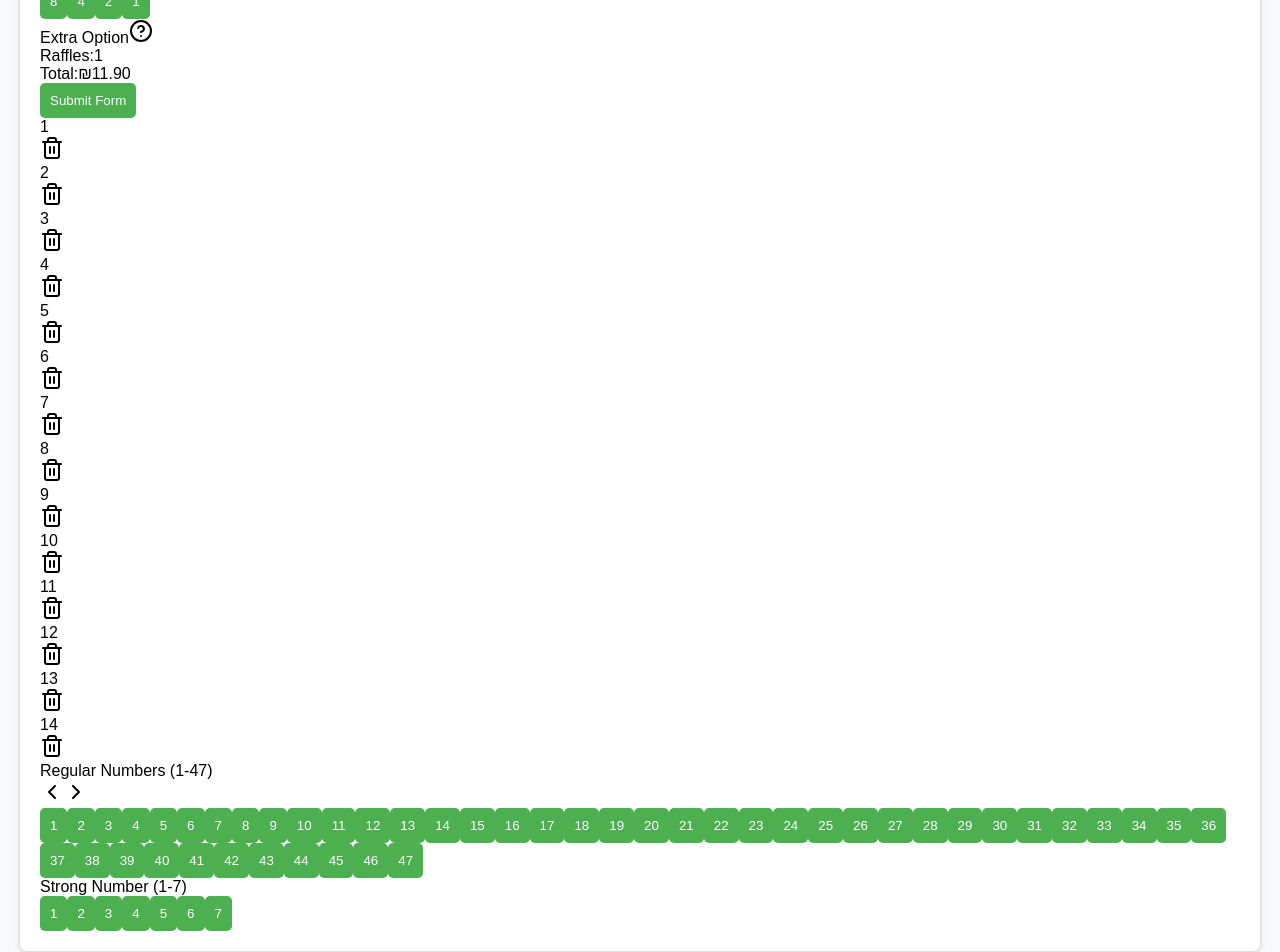
Repository: Giltih/LottoForm1
Page: /
The author's editor kept a copy of each file at every save. The page is drawn from the files as they stood at one save, then again after the next save.
The browser window is 1280 px wide. The pictures show the whole page.
The project was rebuilt for these pictures with package versions that can differ from the ones it lists, and the page was loaded fresh each time. Also part of the build but not shown: vite.config.ts.

Above is the page before, as saved 2025-02-09 20:56:07.

### src/index.css

body {
  font-family: Arial, sans-serif;
  background-color: #f4f4f9;
  margin: 0;
  padding: 0;
}

h1, h2 {
  color: #333;
}

button {
  background-color: #4CAF50;
  color: white;
  border: none;
  border-radius: 5px;
  padding: 10px;
  cursor: pointer;
}

button:hover {
  background-color: #45a049;
}

### src/App.tsx
import React, { useState } from 'react';
import Header from './components/Header';
import LotteryAmountSelector from './components/LotteryAmountSelector';
import ExtraOption from './components/ExtraOption';
import StrongNumberSelector from './components/StrongNumberSelector';
import LottoForm from './components/LottoForm';
import PriceSummary from './components/PriceSummary';
import './App.css';
import LotteryInterface from './components/LottoInterface';

const App: React.FC = () => {
  const tableCount = 2;
  // const [tableCount, setTableCount] = useState(2);
  const [draws, setDraws] = useState(1);
  const [isExtraSelected, setIsExtraSelected] = useState(false);
  const [strongNumber, setStrongNumber] = useState<number>(0);
  const [selectedNumbers, setSelectedNumbers] = useState<number[][]>(
    Array(14).fill([])
  );

  const handleNumberSelect = (tableIndex: number, number: number) => {
    const newSelectedNumbers = [...selectedNumbers];
    const tableNumbers = newSelectedNumbers[tableIndex] || [];

    if (tableNumbers.includes(number)) {
      newSelectedNumbers[tableIndex] = tableNumbers.filter((num) => num !== number);
    } else if (tableNumbers.length < 6) {
      newSelectedNumbers[tableIndex] = [...tableNumbers, number];
    }

    setSelectedNumbers(newSelectedNumbers);
  };

  return (
    <div className="app-container">
      <Header />
      <div className="main-content">
<LotteryInterface />
        {/* <div className="left-section">
          <LotteryAmountSelector selectedDraws={draws} onChange={setDraws} />
          <ExtraOption isSelected={isExtraSelected} onChange={setIsExtraSelected} />
          <StrongNumberSelector selectedStrongNumber={strongNumber} onStrongNumberSelect={setStrongNumber} />
          <PriceSummary tables={tableCount} draws={draws} isExtraSelected={isExtraSelected} />
        </div>
        <div className='middle-section'>vibe</div>
        <div className="right-section">
          <LottoForm
            tableCount={tableCount}
            selectedNumbers={selectedNumbers}
            onNumberSelect={handleNumberSelect}
          />
        </div> */}
      </div>
    </div>
  );
};

export default App;

### src/components/Header.tsx
import React from 'react';

const Header: React.FC = () => {
  return (
    <header style={{ backgroundColor: '#d32f2f', color: '#fff', padding: '10px', textAlign: 'center' }}>
      <h1>לוטו - הגרלה שבועית</h1>
      <p>בשישי עד: <span style={{ fontWeight: 'bold' }}>80,000,000 ₪</span></p>
      <p>זמן לסגירת ההגרלה: 03:45:17</p>
    </header>
  );
};

export default Header;

### src/App.css
body {
  font-family: Arial, sans-serif;
  background-color: #f8f9fa;
  margin: 0;
  padding: 0;
  display: flex;
  justify-content: center;
  align-items: center;
  height: 100vh;
}

.app-container {
  max-width: 1200px;
  width: 100%;
  background-color: #ffffff;
  border: 1px solid #ddd;
  border-radius: 8px;
  padding: 20px;
  box-shadow: 0 4px 6px rgba(0, 0, 0, 0.1);
}

.main-content {
  display: flex;
  justify-content: space-between;
}

.left-section,
.right-section {
  flex: 1;
  margin: 0 10px;
}

button {
  border: none;
  cursor: pointer;
  transition: background-color 0.3s;
}

button:hover {
  background-color: #b3e5fc;
}

.numbersGrid {
  display: 'grid';
  grid-template-columns: 'repeat(9, 1fr)';
  gap: '5px' ;
}

.numbersGrid button {
  padding: 5px;
  margin: 5px;
  background-color: #817a7a;
  min-width:30px;

}

.numbersGrid button.selected {
  background-color: #487184;
}

### src/components/LottoInterface.tsx
import React, { useState } from 'react';
import { Trash2, HelpCircle, ChevronLeft, ChevronRight } from 'lucide-react';

interface LotteryTable {
  regular: (number | null)[];
  strong: number | null;
}

const LotteryInterface: React.FC = () => {
  const [selectedTable, setSelectedTable] = useState<number>(1);
  const [tables, setTables] = useState<LotteryTable[]>(
    Array.from({ length: 14 }, () => ({
      regular: Array(6).fill(null) as (number | null)[],
      strong: null,
    }))
  );
  const [selectedRaffles, setSelectedRaffles] = useState<number>(1);

  const BASE_PRICE = 11.90;

  const calculateTotalPrice = (raffles: number): string => {
    return (BASE_PRICE * raffles).toFixed(2);
  };

  const handleRaffleSelection = (count: number): void => {
    setSelectedRaffles(count);
  };

  const isNumberSelected = (
    tableIndex: number,
    num: number,
    isStrong: boolean = false
  ): boolean => {
    const table = tables[tableIndex];
    if (isStrong) {
      return table.strong === num;
    }
    return table.regular.includes(num);
  };

  const handleNumberSelection = (
    tableIndex: number,
    num: number,
    isStrong: boolean = false
  ): void => {
    if (isNumberSelected(tableIndex, num, isStrong)) {
      return;
    }

    const newTables = [...tables];
    if (isStrong) {
      newTables[tableIndex].strong = num;
    } else {
      const regularNumbers = newTables[tableIndex].regular;
      const firstEmpty = regularNumbers.indexOf(null);
      if (firstEmpty !== -1) {
        regularNumbers[firstEmpty] = num;
      }
    }
    setTables(newTables);
  };

  const clearTableRow = (tableIndex: number): void => {
    const newTables = [...tables];
    newTables[tableIndex] = {
      regular: Array(6).fill(null) as (number | null)[],
      strong: null,
    };
    setTables(newTables);
  };

  const LeftColumn: React.FC = () => (
    <div className="p-4 h-full bg-gradient-to-br from-blue-50 to-blue-100">
      <div className="space-y-4">
        <div className="bg-white p-4 rounded-lg shadow-md">
          <div className="flex justify-between items-center mb-2">
            <span className="font-medium">Number of Raffles</span>
            <HelpCircle className="w-5 h-5 text-blue-500" />
          </div>
          <div className="grid grid-cols-4 gap-2">
            {[8, 4, 2, 1].map((num) => (
              <button
                key={num}
                onClick={() => handleRaffleSelection(num)}
                className={`p-2 rounded-lg shadow-md transition-all ${
                  selectedRaffles === num
                    ? 'bg-gradient-to-r from-blue-600 to-blue-700 text-white'
                    : 'bg-gradient-to-r from-blue-400 to-blue-500 text-white hover:from-blue-500 hover:to-blue-600'
                }`}
              >
                {num}
              </button>
            ))}
          </div>
        </div>

        <div className="bg-white p-4 rounded-lg shadow-md">
          <div className="flex justify-between items-center">
            <span>Extra Option</span>
            <HelpCircle className="w-5 h-5 text-blue-500" />
          </div>
        </div>

        <div className="mt-auto">
          <div className="space-y-2 bg-white p-4 rounded-lg shadow-md">
            <div className="flex justify-between font-medium">
              <span>Raffles:</span>
              <span>{selectedRaffles}</span>
            </div>
            <div className="flex justify-between text-lg font-bold text-blue-700">
              <span>Total:</span>
              <span>₪{calculateTotalPrice(selectedRaffles)}</span>
            </div>
          </div>
          <button className="w-full mt-4 bg-gradient-to-r from-green-500 to-green-600 text-white p-3 rounded-lg shadow-md hover:from-green-600 hover:to-green-700 transition-all font-medium">
            Submit Form
          </button>
        </div>
      </div>
    </div>
  );

  const MiddleColumn: React.FC = () => (
    <div className="p-4 h-full bg-gradient-to-br from-gray-50 to-gray-100">
      <div className="space-y-2">
        {tables.map((table, tableIndex) => (
          <div
            key={tableIndex}
            className={`p-2 rounded-lg cursor-pointer transition-all ${
              selectedTable === tableIndex + 1
                ? 'border-2 border-blue-500 bg-white shadow-lg'
                : 'border border-gray-200 bg-white shadow hover:border-blue-300'
            }`}
            onClick={() => setSelectedTable(tableIndex + 1)}
          >
            <div className="flex items-center space-x-2">
              <span className="w-6 font-medium text-blue-600">
                {tableIndex + 1}
              </span>
              <div className="flex-1 grid grid-cols-7 gap-2">
                {table.regular.map((num, i) => (
                  <div
                    key={i}
                    className="w-8 h-8 border rounded-lg flex items-center justify-center bg-gradient-to-br from-blue-50 to-blue-100 font-medium text-blue-700"
                  >
                    {num}
                  </div>
                ))}
                <div className="w-8 h-8 border rounded-lg flex items-center justify-center bg-gradient-to-br from-yellow-50 to-yellow-100 font-medium text-yellow-700">
                  {table.strong}
                </div>
              </div>
              <Trash2
                className="w-5 h-5 text-gray-400 cursor-pointer hover:text-red-500 transition-colors"
                onClick={(e) => {
                  e.stopPropagation();
                  clearTableRow(tableIndex);
                }}
              />
            </div>
          </div>
        ))}
      </div>
    </div>
  );

  const RightColumn: React.FC = () => {
    const regularNumbers: number[] = Array.from({ length: 47 }, (_, i) => i + 1);
    const strongNumbers: number[] = Array.from({ length: 7 }, (_, i) => i + 1);

    const getNumberButtonClass = (
      number: number,
      isStrong: boolean = false
    ): string => {
      const baseClass =
        'w-8 h-8 text-sm rounded-lg shadow transition-all font-medium ';
      const isSelected = isNumberSelected(selectedTable - 1, number, isStrong);

      if (isStrong) {
        return (
          baseClass +
          (isSelected
            ? 'bg-yellow-500 text-white cursor-not-allowed'
            : 'bg-gradient-to-br from-yellow-50 to-yellow-100 hover:from-yellow-100 hover:to-yellow-200 text-yellow-700')
        );
      }

      return (
        baseClass +
        (isSelected
          ? 'bg-blue-500 text-white cursor-not-allowed'
          : 'bg-gradient-to-br from-blue-50 to-blue-100 hover:from-blue-100 hover:to-blue-200 text-blue-700')
      );
    };

    return (
      <div className="p-4 h-full bg-gradient-to-br from-gray-50 to-gray-100">
        <div className="space-y-4">
          <div className="flex justify-between items-center">
            <span className="font-medium text-blue-700">
              Regular Numbers (1-47)
            </span>
            <div className="flex space-x-2">
              <ChevronLeft className="w-5 h-5 text-blue-500" />
              <ChevronRight className="w-5 h-5 text-blue-500" />
            </div>
          </div>

          <div className="grid grid-cols-7 gap-2">
            {regularNumbers.map((num) => (
              <button
                key={num}
                className={getNumberButtonClass(num)}
                onClick={() => handleNumberSelection(selectedTable - 1, num)}
                disabled={isNumberSelected(selectedTable - 1, num)}
              >
                {num}
              </button>
            ))}
          </div>

          <div className="mt-8">
            <span className="font-medium text-yellow-700">
              Strong Number (1-7)
            </span>
            <div className="grid grid-cols-7 gap-2 mt-2">
              {strongNumbers.map((num) => (
                <button
                  key={num}
                  className={getNumberButtonClass(num, true)}
                  onClick={() =>
                    handleNumberSelection(selectedTable - 1, num, true)
                  }
                  disabled={isNumberSelected(selectedTable - 1, num, true)}
                >
                  {num}
                </button>
              ))}
            </div>
          </div>
        </div>
      </div>
    );
  };

  return (
    <div className="grid grid-cols-3 gap-4 p-4">
      <LeftColumn />
      <MiddleColumn />
      <RightColumn />
    </div>
  );
};

export default LotteryInterface;

Loaded but not shown: index.html (common file); src/main.tsx (common file)

After the next save:
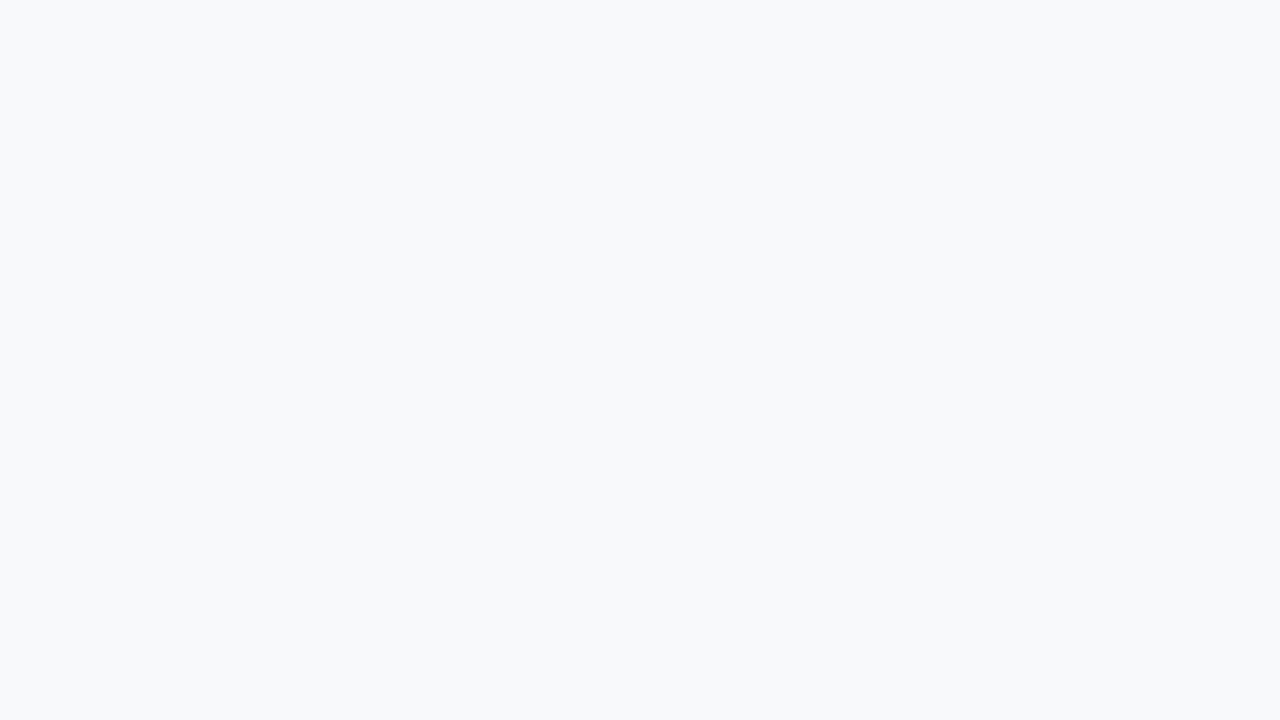
Console error: ReferenceError: LotteryInt is not defined
Saved 8 s later.
--- a/src/App.tsx
+++ b/src/App.tsx
@@ -35,7 +35,7 @@
     <div className="app-container">
       <Header />
       <div className="main-content">
-<LotteryInterface />
+<LotteryInt erface />
         {/* <div className="left-section">
           <LotteryAmountSelector selectedDraws={draws} onChange={setDraws} />
           <ExtraOption isSelected={isExtraSelected} onChange={setIsExtraSelected} />

After the save that followed:
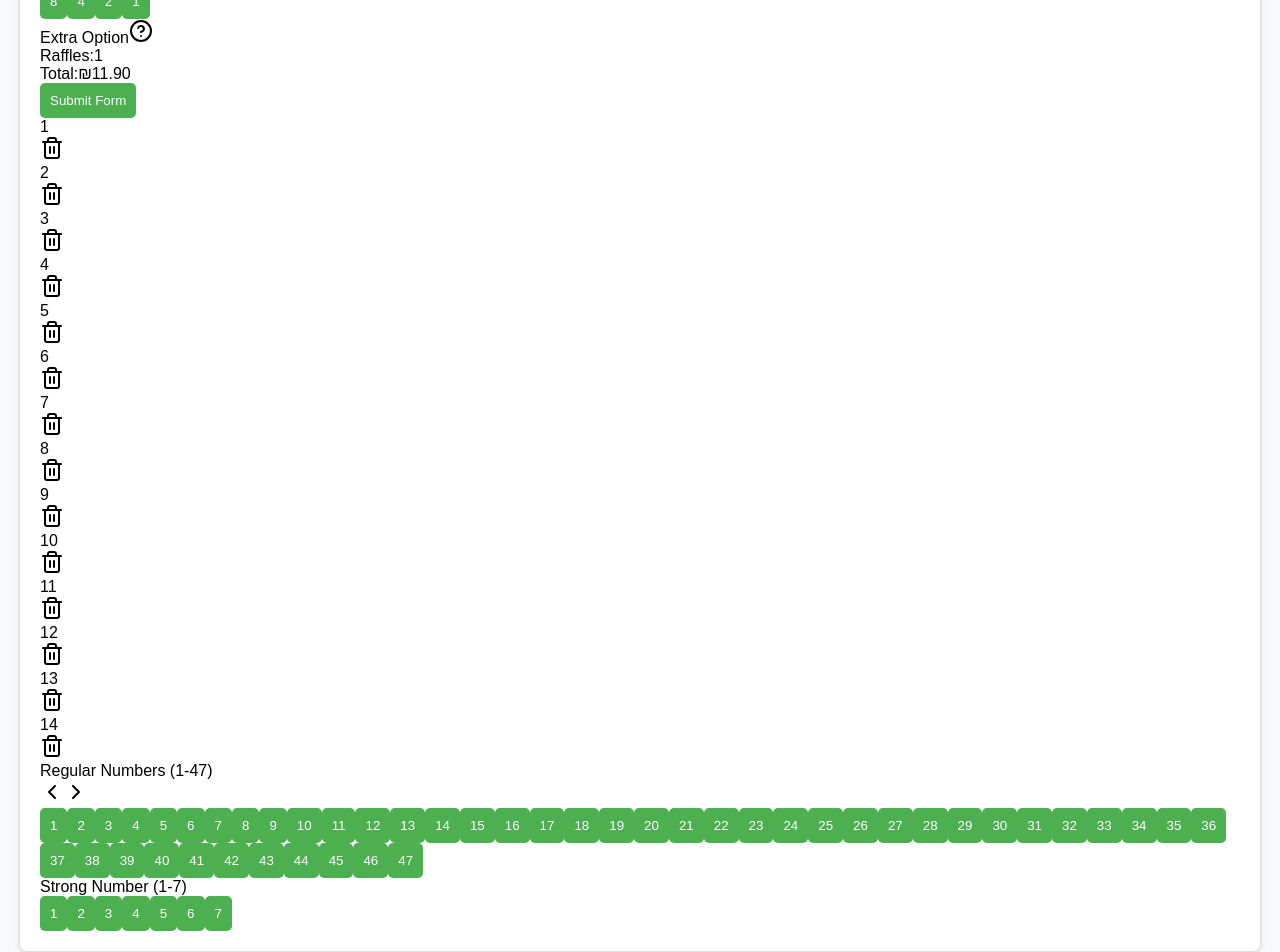
The error is gone.
Saved 4 s later.
--- a/src/App.tsx
+++ b/src/App.tsx
@@ -35,7 +35,7 @@
     <div className="app-container">
       <Header />
       <div className="main-content">
-<LotteryInt erface />
+<LotteryInterface />
         {/* <div className="left-section">
           <LotteryAmountSelector selectedDraws={draws} onChange={setDraws} />
           <ExtraOption isSelected={isExtraSelected} onChange={setIsExtraSelected} />
